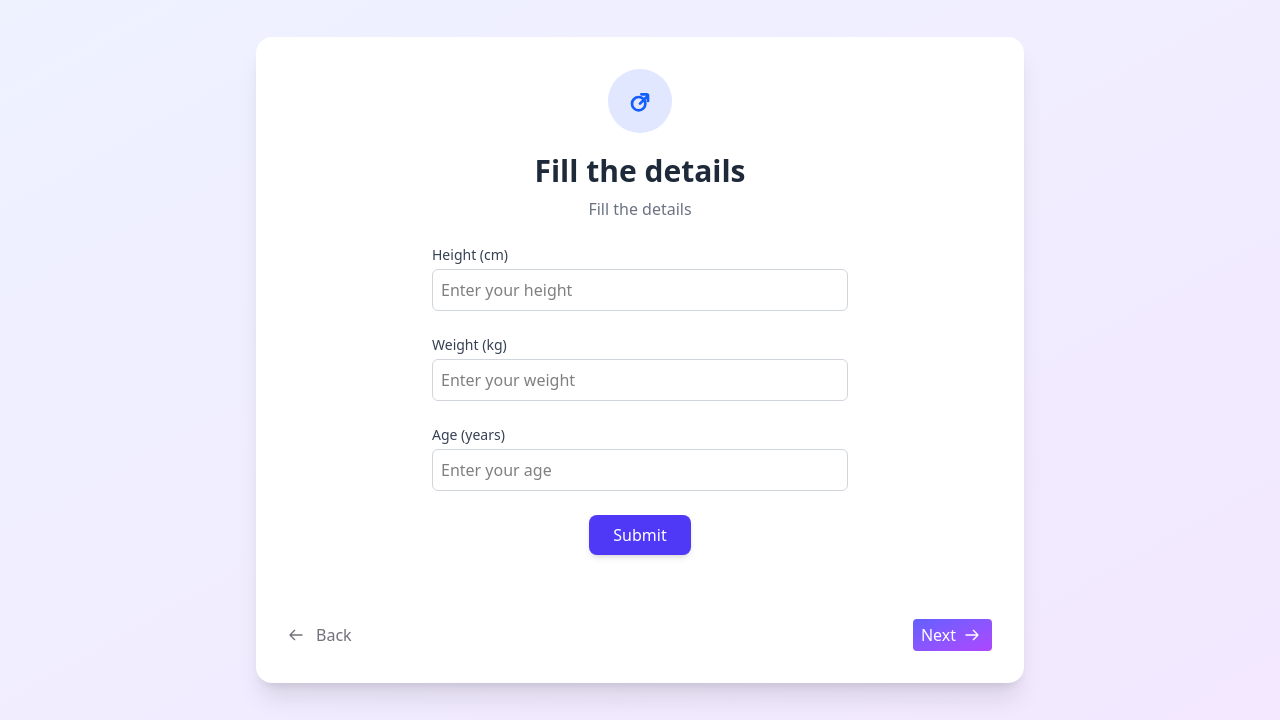
Repository: aryan151pratap/FitPanda
Page: / (app in frontened/), after clicking the first element matching `button.px-2`
The author's editor kept a copy of each file at every save. The page is drawn from the files as they stood at one save, then again after the next save.
The browser window is 1280 px wide. The pictures show the whole page.
The project was rebuilt for these pictures with package versions that can differ from the ones it lists, and the page was loaded fresh each time. Also part of the build but not shown: frontened/vite.config.js, frontened/src/App.css, frontened/src/components/page_1.jsx, frontened/src/login/login.jsx, frontened/src/login/sign_up.jsx, frontened/src/login/otp.jsx, frontened/src/notification/notify.jsx.

Above is the page before, as saved 2025-06-05 23:26:11.

### frontened/src/App.jsx
import { useState } from 'react'
import './App.css'
import Page_1 from './components/page_1';
import Sign_up from './login/sign_up';
import Otp from './login/otp';
import Notify from './notification/notify';
import Save_data from './about_user/save_data';

function App() {
	const [otp, setOtp] = useState(true);

  const [data, setData] = useState({});
  const [login, setLogin] = useState(true);

  const [notification, setNotification] = useState('');


  return (
    <>
    <div className=''>
      {!login ?
        <div>
        {otp ?
        <Sign_up setOtp={setOtp} setEmail={setData} setNotification={setNotification}/>
        :
        <Otp setOtp={setOtp} data={data} setNotification={setNotification}/>
        }
        </div>
        :
        <div>
          {/* <Page_1/> */}
          <Save_data/>
        </div>
      }

      <div>
        {notification.length > 0 &&
          <Notify notification={notification} setNotification={setNotification}/>
        }
      </div>
    </div>
    </>
  )
}

export default App

### frontened/src/about_user/save_data.jsx
import { useState } from "react";
import Gender from "./gender";
import Details from "./details";

function Save_data(){

	const page = [Gender, Details];
	const [current, setCurrent] = useState(0);

	const [save, setSave] = useState(false);

	const handle_next_page = function(){
		if(current < page.length - 1){
			setCurrent((e) => e+1);
		}
	}

	const handle_previous_page  = function(){
		if(current > 0){
			setCurrent((e) => e-1);
		}
	}

	const CurrentComponent = page[current];

	return(
		<>
		<div className="min-h-screen bg-gradient-to-br from-indigo-50 to-purple-100 flex items-center justify-center p-4">
			<div className="w-full sm:max-w-xl md:max-w-3xl">
				<div className="bg-white rounded-2xl shadow-xl overflow-hidden p-8">
					{page.length - 1 === current ?
					<CurrentComponent setSave={setSave}/>
					:
					<CurrentComponent/>
					}
					<div className="mt-10 flex justify-between">
						<button className="text-zinc-500 flex items-center gap-2 hover:text-zinc-700 cursor-pointer"
						onClick={handle_previous_page}
						disabled={current === 0}
						>
							<svg xmlns="http://www.w3.org/2000/svg" className="h-4 w-4 mr-1" fill="none" viewBox="0 0 24 24" stroke="currentColor">
							<path strokeLinecap="round" strokeLinejoin="round" strokeWidth={2} d="M10 19l-7-7m0 0l7-7m-7 7h18" />
							</svg>
							<span className="">Back</span>
						</button>
						{!save ?
						<button className="text-white px-2 py-1 rounded-sm bg-gradient-to-br from-indigo-500 to-purple-500 flex gap-2 items-center"
						onClick={handle_next_page}
						disabled={current === page.length - 1}
						>
							<span>Next</span>
							<svg xmlns="http://www.w3.org/2000/svg" className="h-4 w-4 mr-1" fill="none" viewBox="0 0 24 24" stroke="currentColor">
								<path strokeLinecap="round" strokeLinejoin="round" strokeWidth={2} d="M14 5l7 7m0 0l-7 7m7-7H3" />
							</svg>
						</button>
						:
						<button className="text-white px-2 py-1 rounded-sm bg-gradient-to-br from-indigo-500 to-purple-500 flex gap-2 items-center"
						onClick={handle_next_page}
						disabled={current === page.length - 1}
						>
							<span>Continue</span>
							<svg xmlns="http://www.w3.org/2000/svg" className="h-4 w-4 mr-1" fill="none" viewBox="0 0 24 24" stroke="currentColor">
								<path strokeLinecap="round" strokeLinejoin="round" strokeWidth={2} d="M14 5l7 7m0 0l-7 7m7-7H3" />
							</svg>
						</button>
						}
					</div>
				</div>
			</div>
		</div>

		</>
	)
}

export default Save_data;

### frontened/src/about_user/gender.jsx
import { useState } from "react";
import gender_img from '../image/gender.png';
import female_media from '../image/female_media.gif';
import male_media from '../image/male_media.gif';


function Gender({ setNotification } ){
	const [gender, setGender] = useState('');
	const [media, setMedia] = useState();

	const gen = [
		{name: 'male', media: male_media},
		{name: 'female', media: female_media},
	];

	const handle_select_gender = function(i){
		setGender(i.name);
		setMedia(i.media);
	}

	return(
			<div>
				<div className="text-center">
					<div className="mx-auto flex items-center justify-center w-16 h-16 bg-indigo-100 rounded-full mb-5">
					{gender === "male" ?
						<svg xmlns="http://www.w3.org/2000/svg" className="h-8 w-8 text-blue-600" fill="none" viewBox="0 0 24 24" stroke="currentColor">
							<path strokeLinecap="round" strokeLinejoin="round" strokeWidth={2} d="M13 7h4a1 1 0 011 1v4m-7 7a5 5 0 100-10 5 5 0 000 10zm6-10l-5 5" />
						</svg>
						: gender === 'female' ?
						<svg xmlns="http://www.w3.org/2000/svg" className="h-8 w-8 text-pink-600" fill="none" viewBox="0 0 24 24" stroke="currentColor">
							<path strokeLinecap="round" strokeLinejoin="round" strokeWidth={2} d="M12 14v7m0 0h3m-3 0H9m3-7a5 5 0 100-10 5 5 0 000 10z" />
						</svg>
						: gender === 'other' ?
						<svg xmlns="http://www.w3.org/2000/svg" className="h-8 w-8 text-purple-600" fill="none" viewBox="0 0 24 24" stroke="currentColor">
							<path strokeLinecap="round" strokeLinejoin="round" strokeWidth={2} d="M12 3v3m0 0a5 5 0 110 10m0-10a5 5 0 100 10m0 0v4m-3 0h6" />
						</svg>
						:
						<div>
							<img src={gender_img} alt="" className="h-10 w-10"/>
						</div>
					}
					</div>
					<h2 className="text-3xl font-bold text-gray-800">Select Gender</h2>
					<p className="text-gray-500 mt-2">
						select your gender
						<span className="block font-medium text-indigo-600"></span>
					</p>
				</div>

				<div className="flex grid grid-cols-2 gap-5 justify-between py-5 items-center">
					<div className="w-fill flex flex-col gap-6 mt-5">
					{gen.map((i, index) => (
						<div key={index} className="">
							<button className={`w-full p-2 text-white text-2xl rounded-xl bg-gradient-to-br ${gender === i.name ? 'from-indigo-500 to-purple-500' : 'from-zinc-100 to-gray-400'} cursor-pointer transition hover:px-4`}
							onClick={() => handle_select_gender(i)}
							>
								{i.name}
							</button>
						</div>
					))}
					</div>
					<div className="w-full flex items-center justify-center">
						{media &&
							<img src={media} alt="Animated gif" />
						}
					</div>
				</div>

			</div>

	)
}

export default Gender;

### frontened/src/about_user/details.jsx
import { useState } from "react";

function Details(){
	const [data, setData] = useState({ weight: '', height: '', age: ''})
	return(
		<>
		<div>
			<div className="text-center">
				<div className="mx-auto flex items-center justify-center w-16 h-16 bg-indigo-100 rounded-full mb-5">
					<svg xmlns="http://www.w3.org/2000/svg" className="h-8 w-8 text-blue-600" fill="none" viewBox="0 0 24 24" stroke="currentColor">
						<path strokeLinecap="round" strokeLinejoin="round" strokeWidth={2} d="M13 7h4a1 1 0 011 1v4m-7 7a5 5 0 100-10 5 5 0 000 10zm6-10l-5 5" />
					</svg>
				</div>
				<h2 className="text-3xl font-bold text-gray-800">Fill the details</h2>
				<p className="text-gray-500 mt-2">
					Fill the details
					<span className="block font-medium text-indigo-600"></span>
				</p>
			</div>

			<div className="flex flex-col gap-6 py-6 px-4 max-w-md mx-auto">
			{[
				{ name: 'height', label: 'Height (cm)', placeholder: 'Enter your height' },
				{ name: 'weight', label: 'Weight (kg)', placeholder: 'Enter your weight' },
				{ name: 'age', label: 'Age (years)', placeholder: 'Enter your age' },
			].map((field, index) => (
				<div key={index} className="flex flex-col w-full">
				<label className="mb-1 text-sm font-medium text-gray-700">{field.label}</label>
				<input
					type="number"
					value={data[field.name]}
					onChange={(e) => {
						setData({ ...data, [field.name]: e.target.value})
					}}
					placeholder={field.placeholder}
					className="w-full p-2 border border-gray-300 rounded-md focus:outline-none focus:ring-2 focus:ring-indigo-500 transition"
				/>
				</div>
			))}

			<div className="w-full flex items-center justify-center">
				<button className="bg-indigo-600 hover:bg-indigo-700 text-white px-6 py-2 rounded-lg shadow-md transition">
				Submit
				</button>
			</div>
			</div>

		</div>
		</>
	)
}

export default Details;

Loaded but not shown: frontened/index.html (common file); frontened/src/main.jsx (common file)

After the next save:
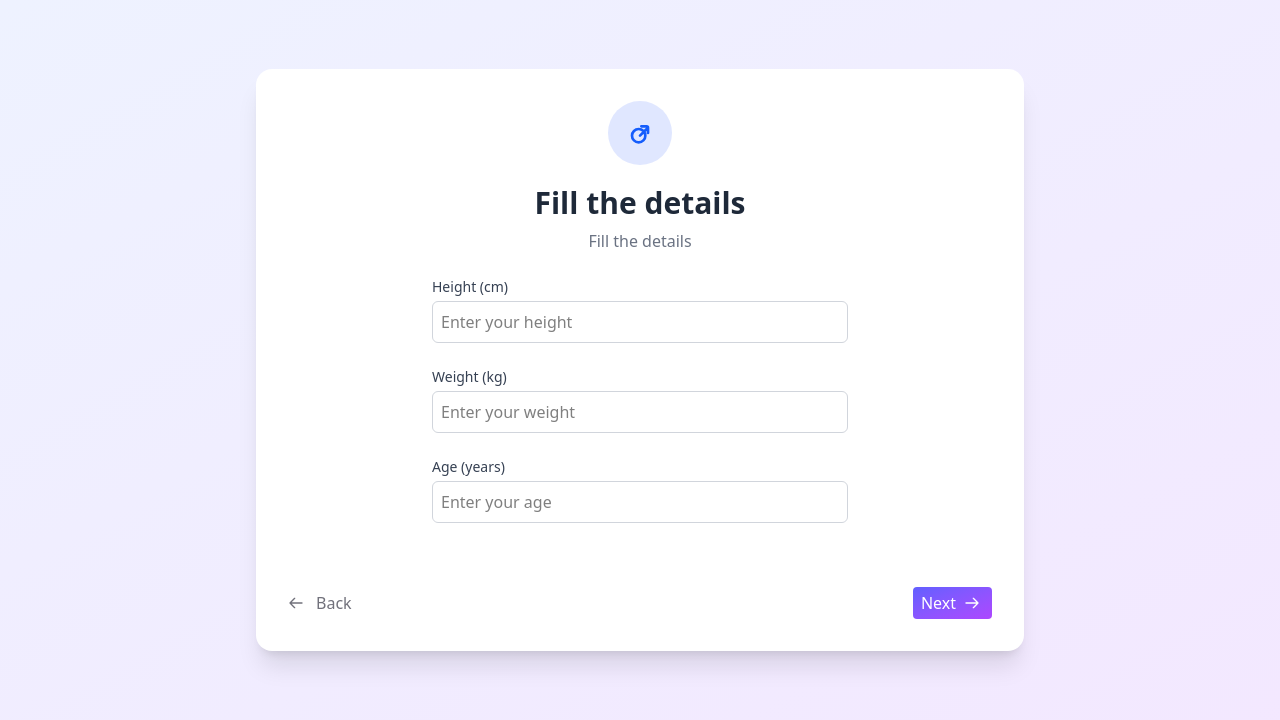
Saved 50 s later.
--- a/frontened/src/about_user/details.jsx
+++ b/frontened/src/about_user/details.jsx
@@ -37,12 +37,6 @@ function Details(){
 				/>
 				</div>
 			))}
-
-			<div className="w-full flex items-center justify-center">
-				<button className="bg-indigo-600 hover:bg-indigo-700 text-white px-6 py-2 rounded-lg shadow-md transition">
-				Submit
-				</button>
-			</div>
 			</div>
 
 		</div>
